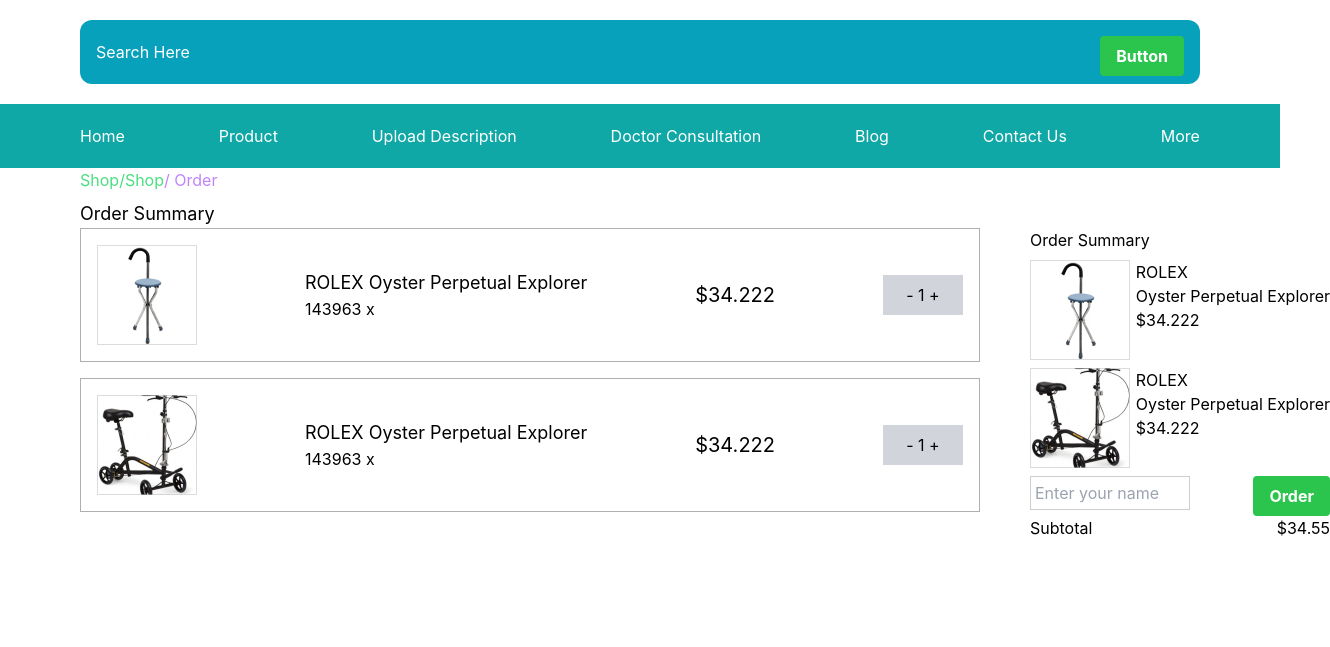
Repository: arafatmollah/pharma
Page: /
The author's editor kept a copy of each file at every save. The page is drawn from the files as they stood at one save, then again after the next save.
The browser window is 1280 px wide. The page is 1330 px wide, so the pictures cover 1330 px, including what lies to the right of the window. The pictures show the whole page.
The project was rebuilt for these pictures with package versions that can differ from the ones it lists, and the page was loaded fresh each time.

Above is the page before, as saved 2023-03-12 22:21:11.

### src/App.js

import './App.css';
import Nav from './Nav';
import Order from './Order';

function App() {
  return (
    <div className="App">
      <Nav></Nav>
      <Order></Order>
    </div>
  );
}

export default App;

### src/App.css
.box-border{
    background-color: #08A1BC;
}
.btn {
    @apply font-bold py-2 px-4 rounded;
    background-color: #2BC44C;
    color: white;
  }
  .btn-blue {
    @apply bg-blue-500 text-white;
  }
  .btn-blue:hover {
    @apply bg-blue-700;
  }
.nav{
    background-color: #0FA8A6;
}
.order{
    border: 1px solid rgb(175, 175, 175);
    border: 100%;
}
.list{
  display: grid;
  grid-template-columns: 900px 300px;
  grid-gap: 50px;
}
.form{
  border: 1px solid rgb(207, 205, 205);
  padding: 4px;
}

### src/Nav.js
import React from 'react'
import './App.css';

function Nav() {
  return (
    <div>
        <div className='box-border h-16 w-100 p-4 mx-20 my-5 rounded-xl'>
          <div className='flex justify-between align-middle'>
                <p className='text-white mt-1'>Search Here</p>
                <button class="btn mb-1"> Button</button>
          </div>
        </div>
        <div className='box-border h-16 w-100 nav'>
            <div className='flex mx-20 items-center justify-between text-white'>
            <div className='mt-5'>Home</div>
            <div className='mt-5'> Product</div>
            <div className='mt-5'>Upload Description</div>
            <div className='mt-5'>Doctor Consultation</div>
            <div className='mt-5'>Blog</div>
            <div className='mt-5'>Contact Us</div>
            <div className='mt-5'>More</div>
            </div>
        </div>
    </div>
  )
}

export default Nav

### src/Order.js
import React from 'react'
import img from './images/img.png'
import im from './images/im.png'

function order() {
  return (
    <div>
        <div className='flex mx-20'>
            <p className='text-green-400'>Shop</p>
            <p className='text-green-400'>/Shop</p>
            <p className='text-purple-400'>/ Order</p>
        </div>
        <div className='mt-2 mx-20'>
          <h3 className='text-lg'>Order Summary</h3>
        </div>
        <div className='mx-20 list'>
          <div>
          <div className='flex border-box p-4 w-100 order justify-center items-center justify-between'>
            <div>
              <img src={img}></img>
            </div>
            <div>
              <h1 className='text-lg'>ROLEX Oyster Perpetual Explorer</h1>
              <p>143963 x</p>
            </div>
            <div>
              <h3 className='text-xl'>$34.222</h3>
            </div>
            <div className='bg-gray-300 h-10 w-20 flex justify-center items-center'>
                - 1 +
              </div>
          </div>
          <div className='flex border-box p-4 order mt-4 justify-between justify-center items-center'>
            <div>
              <img src={im}></img>
            </div>
            <div>
              <h1 className='text-lg'>ROLEX Oyster Perpetual Explorer</h1>
              <p>143963 x</p>
            </div>
            <div>
              <h3 className='text-xl'>$34.222</h3>
            </div>
            <div>
              <div className='bg-gray-300 h-10 w-20 flex justify-center items-center'>
                - 1 +
              </div>
            </div>
          </div>
          </div>
          <div>
            Order Summary
          <div className='flex justify-between my-2'>
            <img src={img}></img>
            <div>
              <p>ROLEX</p>
              <h3>Oyster Perpetual Explorer</h3>
              <p>$34.222</p>
            </div>
          </div>
          <div className='flex justify-between my-2'>
            <img src={im}></img>
            <div>
              <p>ROLEX</p>
              <h3>Oyster Perpetual Explorer</h3>
              <p>$34.222</p>
            </div>
          </div>
          <div className='flex justify-between'>
            <form>
              <input type={Text} className="form w-40" placeholder="Enter your name"></input>
            </form>
            <button className='btn'>Order</button>
          </div>
          <div>
            <div className='flex justify-between'>
              <p>Subtotal</p>
              <p>$34.55</p>
            </div>

          </div>
        </div>
        </div>

    </div>
  )
}

export default order

Loaded but not shown: public/index.html (common file); src/index.js (common file); src/index.css (common file); src/reportWebVitals.js (common file); tailwind.config.js (common file)

After the next save:
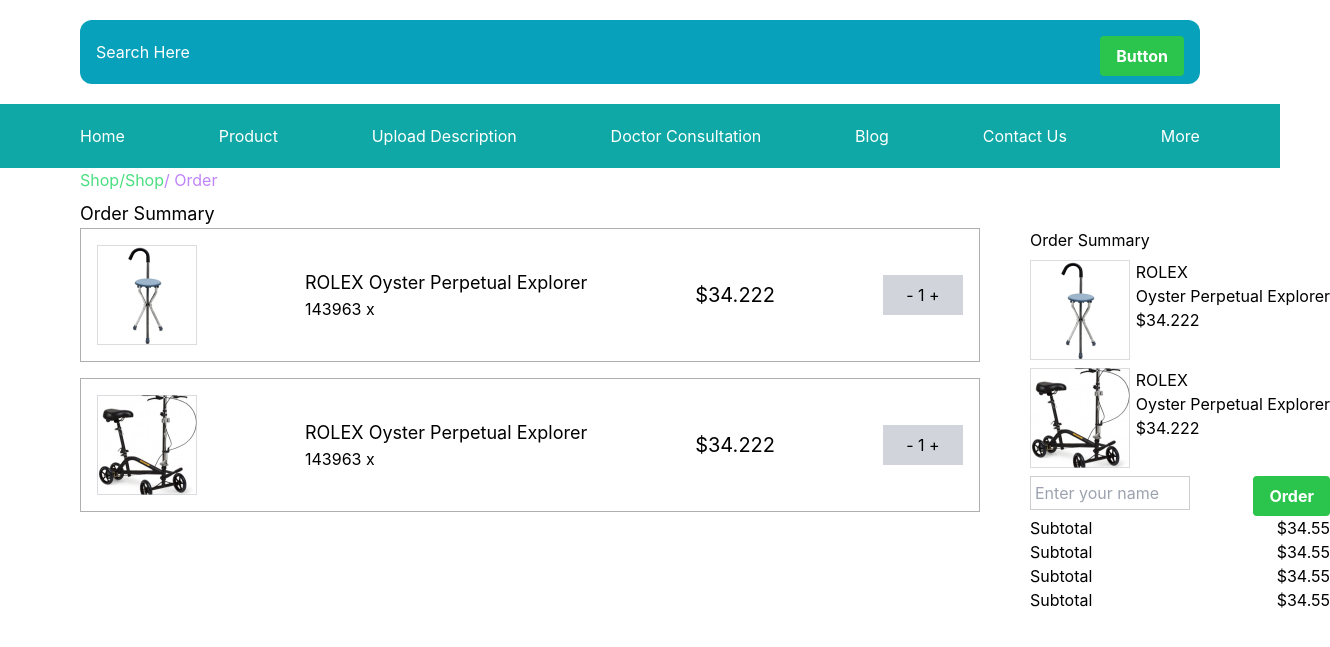
Saved 4 s later.
--- a/src/Order.js
+++ b/src/Order.js
@@ -77,7 +77,18 @@ function order() {
               <p>Subtotal</p>
               <p>$34.55</p>
             </div>
-
+            <div className='flex justify-between'>
+              <p>Subtotal</p>
+              <p>$34.55</p>
+            </div>
+            <div className='flex justify-between'>
+              <p>Subtotal</p>
+              <p>$34.55</p>
+            </div>
+            <div className='flex justify-between'>
+              <p>Subtotal</p>
+              <p>$34.55</p>
+            </div>
           </div>
         </div>
         </div>
